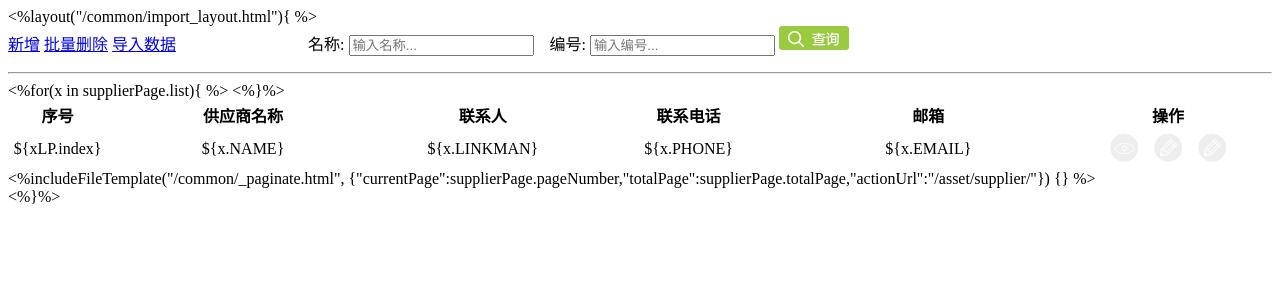
Repository: GaoChengliang/summerTask
Page: Campus_gcl/WebRoot/asset_management/supplier/supplier.html
The author's editor kept a copy of each file at every save. The page is drawn from the files as they stood at one save, then again after the next save.
The browser window is 1280 px wide. The pictures show the whole page.

Above is the page before, as saved 2015-09-08 12:31:25.
Console error: ReferenceError: $ is not defined

### Campus_gcl/WebRoot/asset_management/supplier/supplier.html
<%layout("/common/import_layout.html"){ %>
<div class="main">
	<div class="masthead">
		<form>

				<a href="/supplier/add">新增</a> <a
					href="#">批量删除</a> <a
					 href="#">导入数据</a>

			&nbsp;&nbsp;&nbsp;&nbsp;&nbsp;&nbsp;&nbsp;&nbsp;&nbsp;&nbsp;&nbsp;&nbsp;&nbsp;&nbsp;&nbsp;
			&nbsp;&nbsp;&nbsp;&nbsp;&nbsp;&nbsp;&nbsp;&nbsp;&nbsp;&nbsp;&nbsp;&nbsp;&nbsp;&nbsp;&nbsp;
			<label>名称:</label> <input placeholder="输入名称..." type="text" />
			&nbsp;&nbsp; <label>编号:</label> <input placeholder="输入编号..."
				type="text" />
			<a href="#"><img src="/img/logo/query.png" alt="查询"/></a>

		</form>
	</div>
	<hr />
	<div>
		<table class="table table-hover">
			<thead>
				<tr>
					<th hidden="true"></th>
					<th style="text-align: center; width: 5%">序号</th>
					<th style="text-align: center; width: 20%">供应商名称</th>
					<th style="text-align: center; width: 15%">联系人</th>
					<th style="text-align: center; width: 15%">联系电话</th>
					<th style="text-align: center; width: 20%">邮箱</th>
					<th style="text-align: center; width: 15%">操作</th>
				</tr>
			</thead>
			<tbody>
				<%for(x in supplierPage.list){ %>
				<tr>
					<td style="text-align: center;" hidden="true">${x.ID}</td>
					<td style="text-align: center;">${xLP.index}</td>
					<td style="text-align: center;">${x.NAME}</td>
					<td style="text-align: center;">${x.LINKMAN}</td>
					<td style="text-align: center;">${x.PHONE}</td>
					<td style="text-align: center;">${x.EMAIL}</td>
					<td style="text-align: center;"><a name="view_link"
						href="/supplier/view/${x.ID}"><img
							src="/img/logo/view.png" alt="查看" /></a> &nbsp;&nbsp;<a name="edit_link"
						href="/supplier/edit/${x.ID}"><img
							src="/img/logo/edit.png" alt="编辑" /></a> &nbsp;&nbsp;<a name="delete_link"
						href="/supplier/delete/${x.ID}"><img
							src="/img/logo/edit.png" alt="删除" /></a></td>
				</tr>
				<%}%>
			</tbody>
		</table>
		<%includeFileTemplate("/common/_paginate.html",
		{"currentPage":supplierPage.pageNumber,"totalPage":supplierPage.totalPage,"actionUrl":"/asset/supplier/"})
		{} %>
	</div>

</div>
<script type="text/javascript">
	$("a[name='view_link']").hover(function(event) {
		$(this).find('img').attr("src","/img/logo/view_chosen.png");
	}, function(event) {
		$(this).find('img').attr("src","/img/logo/view.png");
	});

	$("a[name='edit_link']").hover(function(event) {
		$(this).find('img').attr("src","/img/logo/edit_chosen.png");
	}, function(event) {
		$(this).find('img').attr("src","/img/logo/edit.png");
	});

	$("a[name='delete_link']").hover(function(event) {
		$(this).find('img').attr("src","/img/logo/delete_chosen.png");
	}, function(event) {
		$(this).find('img').attr("src","/img/logo/delete.png");
	});
</script>
<!--

//-->
</script>
<%}%>

After the next save:
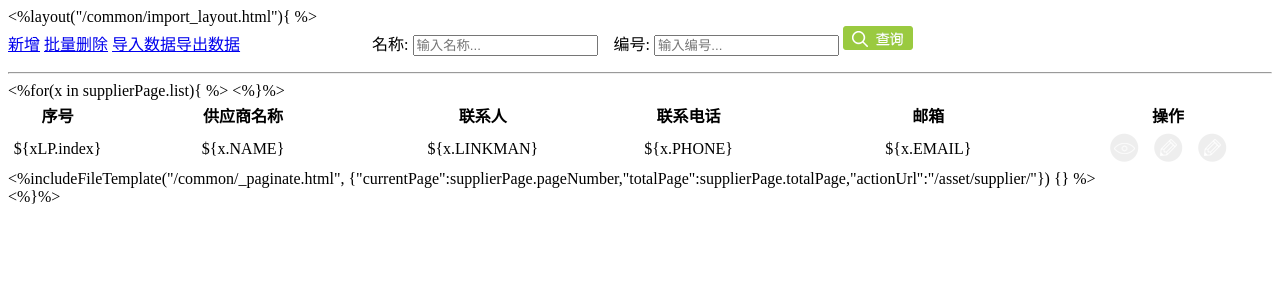
Saved 2 min 25 s later.
--- a/Campus_gcl/WebRoot/asset_management/supplier/supplier.html
+++ b/Campus_gcl/WebRoot/asset_management/supplier/supplier.html
@@ -3,16 +3,14 @@
 	<div class="masthead">
 		<form>
 
-				<a href="/supplier/add">新增</a> <a
-					href="#">批量删除</a> <a
-					 href="#">导入数据</a>
+			<a href="/supplier/add">新增</a> <a href="#">批量删除</a> <a href="#">导入数据</a><a href="#">导出数据</a>
 
 			&nbsp;&nbsp;&nbsp;&nbsp;&nbsp;&nbsp;&nbsp;&nbsp;&nbsp;&nbsp;&nbsp;&nbsp;&nbsp;&nbsp;&nbsp;
 			&nbsp;&nbsp;&nbsp;&nbsp;&nbsp;&nbsp;&nbsp;&nbsp;&nbsp;&nbsp;&nbsp;&nbsp;&nbsp;&nbsp;&nbsp;
 			<label>名称:</label> <input placeholder="输入名称..." type="text" />
 			&nbsp;&nbsp; <label>编号:</label> <input placeholder="输入编号..."
-				type="text" />
-			<a href="#"><img src="/img/logo/query.png" alt="查询"/></a>
+				type="text" /> <a href="#"><img src="/img/logo/query.png"
+				alt="查询" /></a>
 
 		</form>
 	</div>
@@ -40,12 +38,12 @@
 					<td style="text-align: center;">${x.PHONE}</td>
 					<td style="text-align: center;">${x.EMAIL}</td>
 					<td style="text-align: center;"><a name="view_link"
-						href="/supplier/view/${x.ID}"><img
-							src="/img/logo/view.png" alt="查看" /></a> &nbsp;&nbsp;<a name="edit_link"
-						href="/supplier/edit/${x.ID}"><img
-							src="/img/logo/edit.png" alt="编辑" /></a> &nbsp;&nbsp;<a name="delete_link"
-						href="/supplier/delete/${x.ID}"><img
-							src="/img/logo/edit.png" alt="删除" /></a></td>
+						href="/supplier/view/${x.ID}"><img src="/img/logo/view.png"
+							alt="查看" /></a> &nbsp;&nbsp;<a name="edit_link"
+						href="/supplier/edit/${x.ID}"><img src="/img/logo/edit.png"
+							alt="编辑" /></a> &nbsp;&nbsp;<a name="delete_link"
+						href="/supplier/delete/${x.ID}"><img src="/img/logo/edit.png"
+							alt="删除" /></a></td>
 				</tr>
 				<%}%>
 			</tbody>
@@ -58,21 +56,21 @@
 </div>
 <script type="text/javascript">
 	$("a[name='view_link']").hover(function(event) {
-		$(this).find('img').attr("src","/img/logo/view_chosen.png");
+		$(this).find('img').attr("src", "/img/logo/view_chosen.png");
 	}, function(event) {
-		$(this).find('img').attr("src","/img/logo/view.png");
+		$(this).find('img').attr("src", "/img/logo/view.png");
 	});
 
 	$("a[name='edit_link']").hover(function(event) {
-		$(this).find('img').attr("src","/img/logo/edit_chosen.png");
+		$(this).find('img').attr("src", "/img/logo/edit_chosen.png");
 	}, function(event) {
-		$(this).find('img').attr("src","/img/logo/edit.png");
+		$(this).find('img').attr("src", "/img/logo/edit.png");
 	});
 
 	$("a[name='delete_link']").hover(function(event) {
-		$(this).find('img').attr("src","/img/logo/delete_chosen.png");
+		$(this).find('img').attr("src", "/img/logo/delete_chosen.png");
 	}, function(event) {
-		$(this).find('img').attr("src","/img/logo/delete.png");
+		$(this).find('img').attr("src", "/img/logo/delete.png");
 	});
 </script>
 <!--
